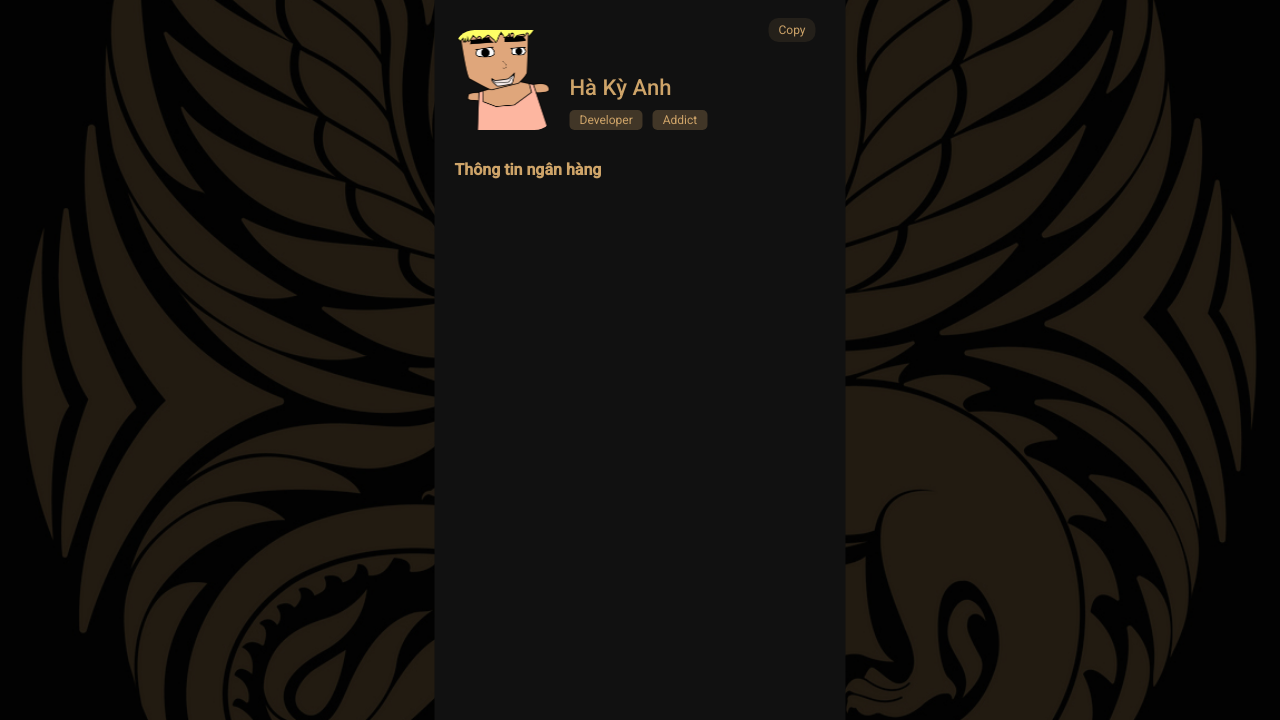
Repository: yzarc204/nguyen-tien-viet-hoang
Page: thong-tin-thanh-toan/index.html
These files come from the project's save history. The page is drawn as it stood at one moment and after the next save; the edit follows.
The browser window is 1280 px wide. The pictures show the whole page.

Above is the page before, as saved 2021-09-27 13:54:37.

### thong-tin-thanh-toan/index.html
<!DOCTYPE html>
<html lang="en">
<head>
    <meta charset="UTF-8">
    <meta http-equiv="X-UA-Compatible" content="IE=edge">
    <meta name="viewport" content="width=device-width, initial-scale=1.0">
    <title>Personal Card</title>
    <!-- Google Fonts -->
    <link rel="preconnect" href="https://fonts.googleapis.com">
    <link rel="preconnect" href="https://fonts.gstatic.com" crossorigin>
    <link href="https://fonts.googleapis.com/css2?family=Roboto:wght@300;400;500&display=swap" rel="stylesheet">
    <!-- CSS -->
    <link rel="stylesheet" href="./public/css/index.css">
    <link rel="stylesheet" href="./public/css/responsive.css">
</head>
<body>
    <div class="container">
        <div class="profile-header">
            <!-- <img alt="Avatar"
                src="https://source.unsplash.com/random"
                class="profile-avatar">
            <div class="profile-info">
                <h4 class="profile-name">Nguyễn Thị Kỳ Anh Ninh Dương Lan</h4>
                <div class="skills">
                    <div class="skill-tag">Developer</div>
                    <div class="skill-tag">Designer</div>
                </div>
            </div> -->
        </div>
        <h4 class="title">Thông tin ngân hàng</h4>
        <div class="banks">
            <!-- <div class="bank">
                <img src="./public/images/facebook.png" class="bank-logo">
                <div class="bank-info">
                    <p class="bank-name">BIDV</p>
                    <p class="bank-number">STK: 107866816570</p>
                    <p class="bank-owner">CTK: Trường Kỳ Kháng Chiến</p>
                </div>
                <span class="btn-copy">Copy</span>
            </div>
            <div class="bank">
                <img src="./public/images/facebook.png" class="bank-logo">
                <div class="bank-info">
                    <p class="bank-name">BIDV</p>
                    <p class="bank-number">STK: 107866816570</p>
                    <p class="bank-owner">CTK: Trường Kỳ Kháng Chiến</p>
                </div>
                <span class="btn-copy">Copy</span>
            </div>
            <div class="bank">
                <img src="./public/images/facebook.png" class="bank-logo">
                <div class="bank-info">
                    <p class="bank-name">BIDV</p>
                    <p class="bank-number">STK: 107866816570</p>
                    <p class="bank-owner">CTK: Trường Kỳ Kháng Chiến</p>
                </div>
                <span class="btn-copy">Copy</span>
            </div> -->
        </div>
    </div>
    <div class="background"></div>

    <!-- Javascript -->
    <script src="./public/js/config.js"></script>
    <script src="./public/js/render.js"></script>
    <script src="./public/js/index.js"></script>
</body>
</html>

### thong-tin-thanh-toan/public/css/index.css
* {
    padding: 0;
    margin: 0;
    box-sizing: border-box;
    -webkit-box-sizing: border-box;
    -o-box-sizing: border-box;
    -moz-box-sizing: border-box;
    font-family: 'Roboto', sans-serif;
}

:root {
    --primary-color: #cea469;
    --secondary-color: #231f20;
    --dark-color: #cea469;
}

body {
    overflow: hidden !important;
    background: url(../images/background.jpg);
    background-size: cover;
    background-position: center;
}
/* ===== BACKGROUND ===== */
/* ===== CONTAINER ===== */
.container{
    width: 411px;
    max-width: 100vh;
    height: 100vh;
    position: absolute;
    top: 0;
    left: 50%;
    transform: translateX(-50%);
    padding: 30px 20px;
    overflow: hidden scroll;
    background: #111;
    color: var(--primary-color);
    position: relative;
}
/* ===== PROFILE HEADER ===== */
.profile-header{
    width: 100%;
    display: flex;
    flex-wrap: wrap;
    margin-bottom: 30px;
}
.profile-avatar{
    width: 100px;
    height: 100px;
    object-fit: cover;
    object-position: center;
    border-radius: 20px;
}
.profile-info{
    margin-top: auto;
    padding: 0px 15px;
    flex: 1;
}
.profile-name{
    margin-bottom: 10px;
    font-size: 22px;
    font-weight: 500;
}
.skills{
    display: flex;
    flex-wrap: nowrap;
}
.skill-tag{
    padding: 3px 10px;
    margin-right: 10px;
    color: var(--primary-color);
    font-size: 12px;
    position: relative;
    display: none;
}
.skill-tag:before {
    content: "";
    position: absolute;
    top: 0;
    right: 0;
    bottom: 0;
    left: 0;
    background-color: currentColor;
    opacity: 0.25;
    border-radius: 5px;
}
.skill-tag:first-child {
    display: block;
}
.skill-tag:nth-child(2) {
    display: block;
}
/* ===== TITLE ===== */
.title{
    margin-bottom: 15px;
}
/* ===== BANKS ===== */
.banks {
    width: 100%;
    --size: 80px;
    --border-size: 2px;
    --border-rounded: 25px;
}
.bank:last-child {
    margin-bottom: 0px;
}
.bank {
    width: 100%;
    height: var(--size);
    background: var(--secondary-color);
    margin-bottom: 20px;
    display: flex;
    flex-wrap: wrap;
    border: var(--border-size) solid var(--dark-color);
    /* border-radius: var(--border-rounded); */
    transition: 0.2s ease-in-out;
}
.bank-logo {
   height: 100%;
   object-fit: cover;
   object-position: center;
   transition: 0.3s ease;
}
.bank-info {
    flex: 1;
    text-align: center;
    padding: 10px 7.5px;
    display: flex;
    flex-direction: column;
    justify-content: space-between;
    align-items: center;
}
.bank-info > p {
    font-weight: 500;
    line-height: 1;
}
.bank-name{
    font-size: 13px;
}
.bank-number{
    font-size: 13px;
}
.bank-owner {
    font-size: 13px;
}
.btn-copy{
    font-size: 12px;
    height: fit-content;
    padding: 5px 10px;
    position: relative;
    top: 50%;
    right: 10px;
    transform: translateY(-50%);
    cursor: pointer;
}
.btn-copy:before {
    content: "";
    position: absolute;
    top: 0;
    right: 0;
    bottom: 0;
    left: 0;
    background: var(--dark-color);
    border-radius: 10px;
    opacity: 0.1;
}
.btn-copy:hover:before {
    opacity: 1;
    background: transparent;
    border: 1px solid var(--primary-color);
}
.bank:hover {
    background-color: #000;
    background-image: url('../images/bank_background.png');
    background-size: cover;
    background-position: center;
}
.bank:hover .bank-logo {
    opacity: 0;
}

### thong-tin-thanh-toan/public/css/responsive.css
@media only screen and (max-width: 410px) {
    .container {
        width: 100vw;
    }
}

@media only screen and (max-width: 355px) {
    .profile-avatar {
        width: 90px;
        height: 90px;
    }
    .profile-name {
        font-size: 20px;
    }
    .bank {
        height: 70px;
    }
    .bank-info {
        padding: 10px;
    }
    .bank-info > p {
        font-size: 13px;
    }
}

@media only screen and (max-width: 355px) {
    .profile-avatar {
        width: 80px;
        height: 80px;
    }
    .profile-name {
        font-size: 18px;
    }
    .bank {
        height: 65px;
    }
    .bank-info {
        padding: 7.5px 5px;
    }
    .bank-info > p {
        font-size: 10px;
    }
    .btn-copy {
        font-size: 10px;
    }
}

### thong-tin-thanh-toan/public/js/config.js
const WEB = {
    title: "Thanh toán trực tuyến",
    favicon: ""
};

const USER = {
    username: "Hà Kỳ Anh",
    avatar: "tat.png",
    skills: [
        "Developer",
        "Addict"
    ],
    banks: [
        {
            name: "Agribank",
            logo: "agribank.png",
            number: "107866816570",
        },
        {
            name: "Momo",
            logo: "momo.png",
            number: "107866816570",
        },
        {
            name: "Vietcombank",
            logo: "vietcombank.png",
            number: "107866816570",
        },
        {
            name: "Viettinbank",
            logo: "viettinbank.png",
            number: "107866816570",
        }
    ]
};

### thong-tin-thanh-toan/public/js/render.js
const elmProfileHeader = document.querySelector('.profile-header');

function RenderProfileHeader(username, avatar, skills = []) {
    let htmlSkill = '';
    skills.forEach(skill => {
        htmlSkill += `
            <div class="skill-tag">${skill}</div>
        `;
    })

    let htmlProfile = '';
    htmlProfile += `
        <img alt="Avatar"
            src="./public/images/avatars/${avatar}"
            class="profile-avatar">
        <div class="profile-info">
            <h4 class="profile-name">${username}</h4>
            <div class="skills">
                ${htmlSkill}
            </div>
        </div>
        <span class="btn-copy">Copy</span>
    `;

    elmProfileHeader.innerHTML = htmlProfile;
}

### thong-tin-thanh-toan/public/js/index.js
const user = USER;
RenderProfileHeader(user.username, user.avatar, user.skills);

After the next save:
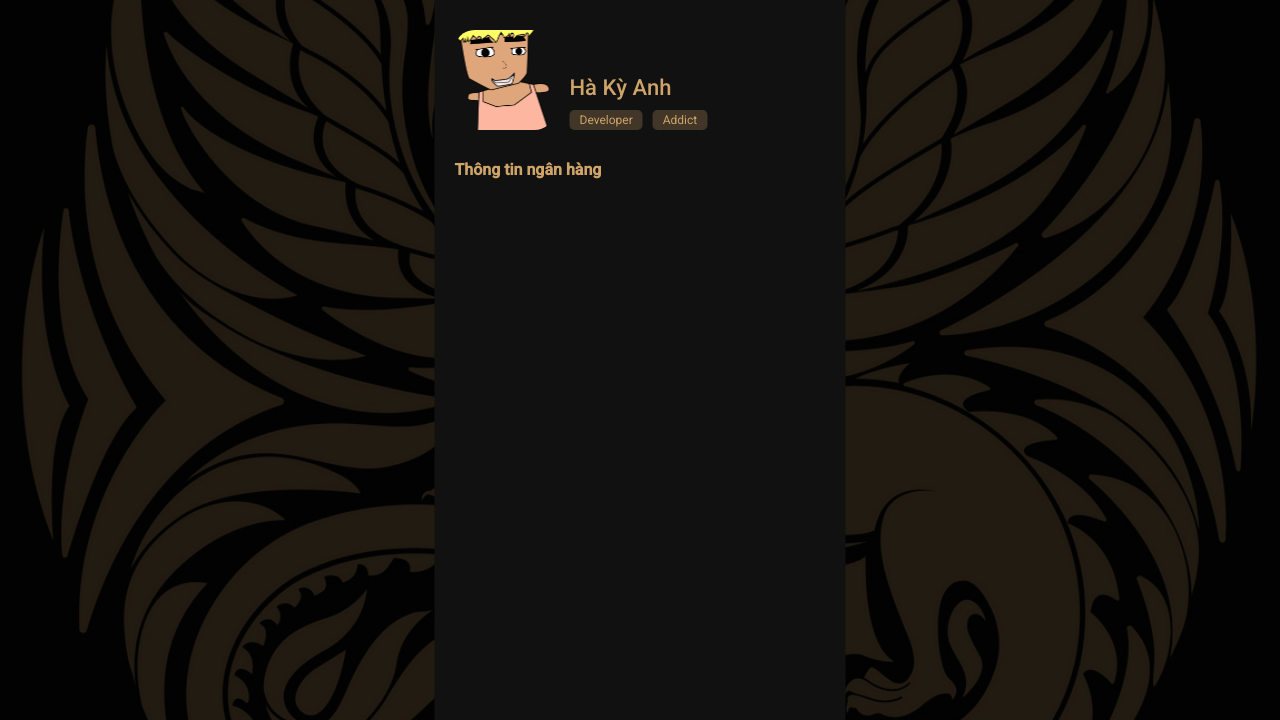
Saved 15 s later.
--- a/thong-tin-thanh-toan/public/js/render.js
+++ b/thong-tin-thanh-toan/public/js/render.js
@@ -19,7 +19,6 @@ function RenderProfileHeader(username, avatar, skills = []) {
                 ${htmlSkill}
             </div>
         </div>
-        <span class="btn-copy">Copy</span>
     `;
 
     elmProfileHeader.innerHTML = htmlProfile;
